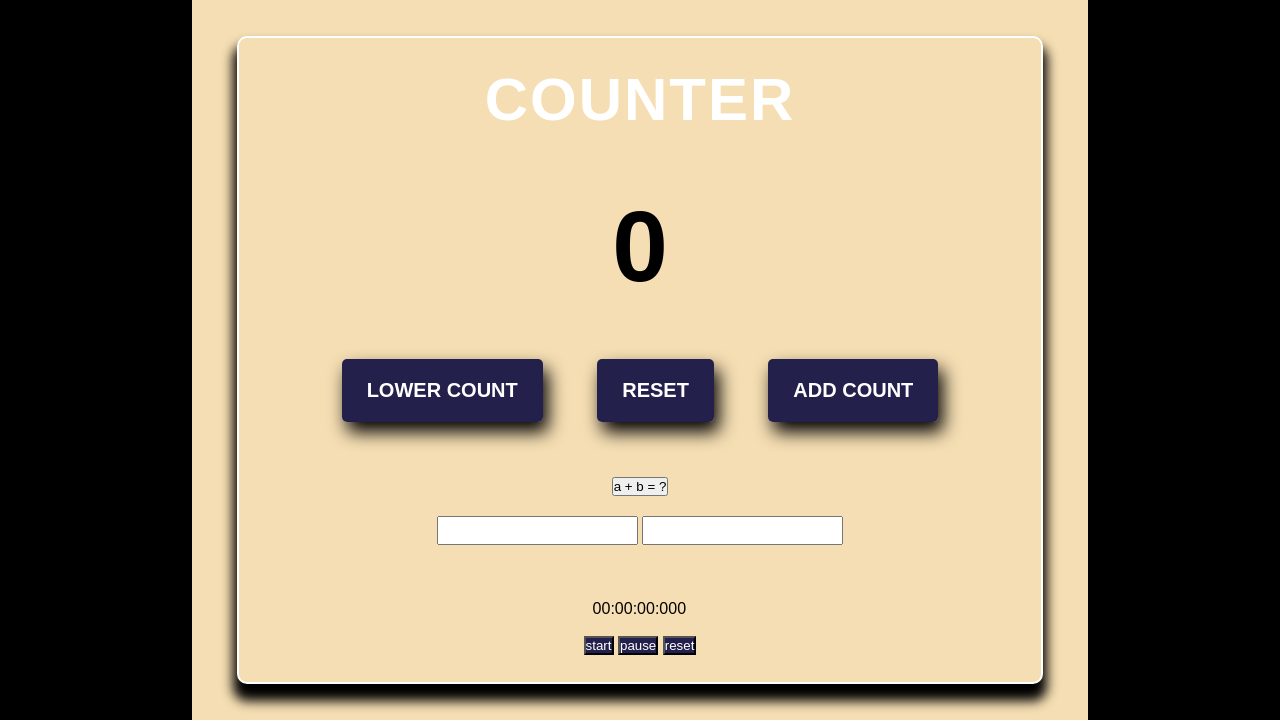
Repository: Seryozha02/Calculator
Page: calculator.html
An editor plug-in stored every save of this project. The page is shown before and after the next save, followed by the edit.
The browser window is 1280 px wide. The pictures show the whole page.

Above is the page before, as saved 2022-02-15 13:19:44.

After the next save:
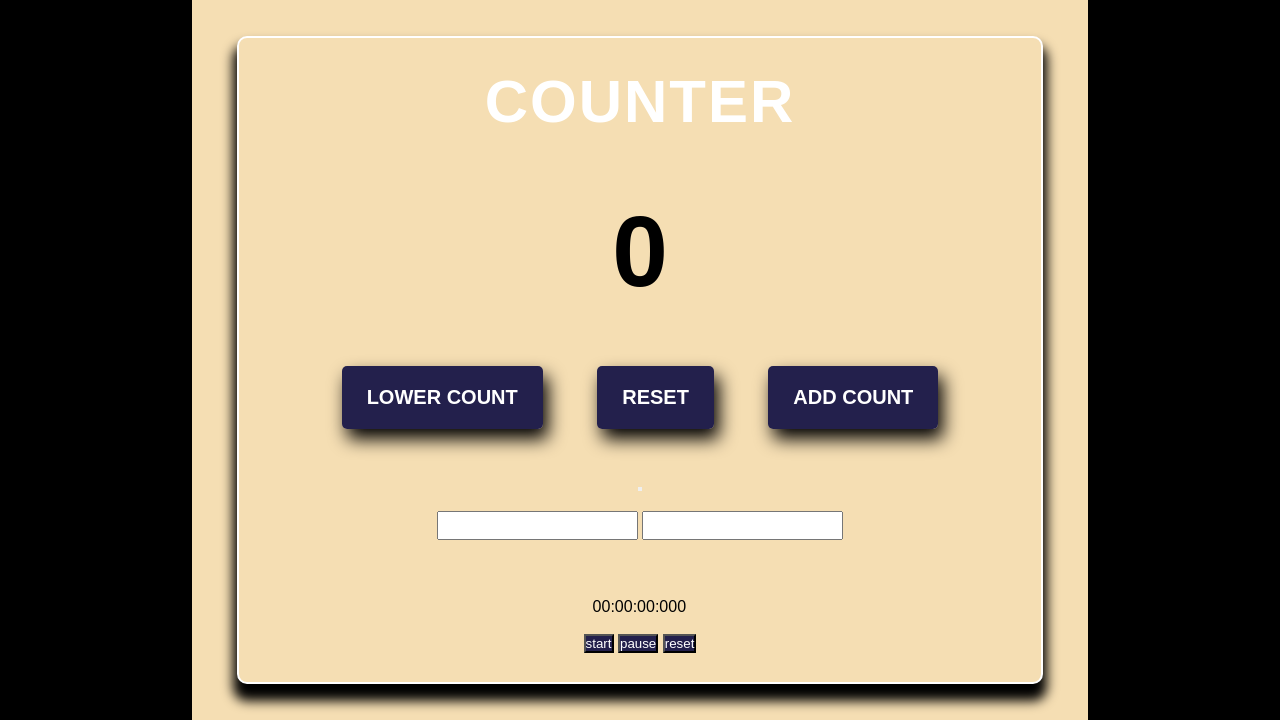
Saved 10 s later.
--- a/calculator.html
+++ b/calculator.html
@@ -23,7 +23,7 @@
                     <button class="rightButton">ADD COUNT</button>
                 </div>
                 <div class="addABParent">
-                    <button class="addAB">a + b = ?</button>
+                    <button class="addAB"></button>
                     <input type="number" id="inputNum1"><span class="plyus"></span>
                     <input type="number" id="inputNum2"><span class="equals"></span>
                     <span id="valueOfSum"></span>

After the 2 saves that followed:
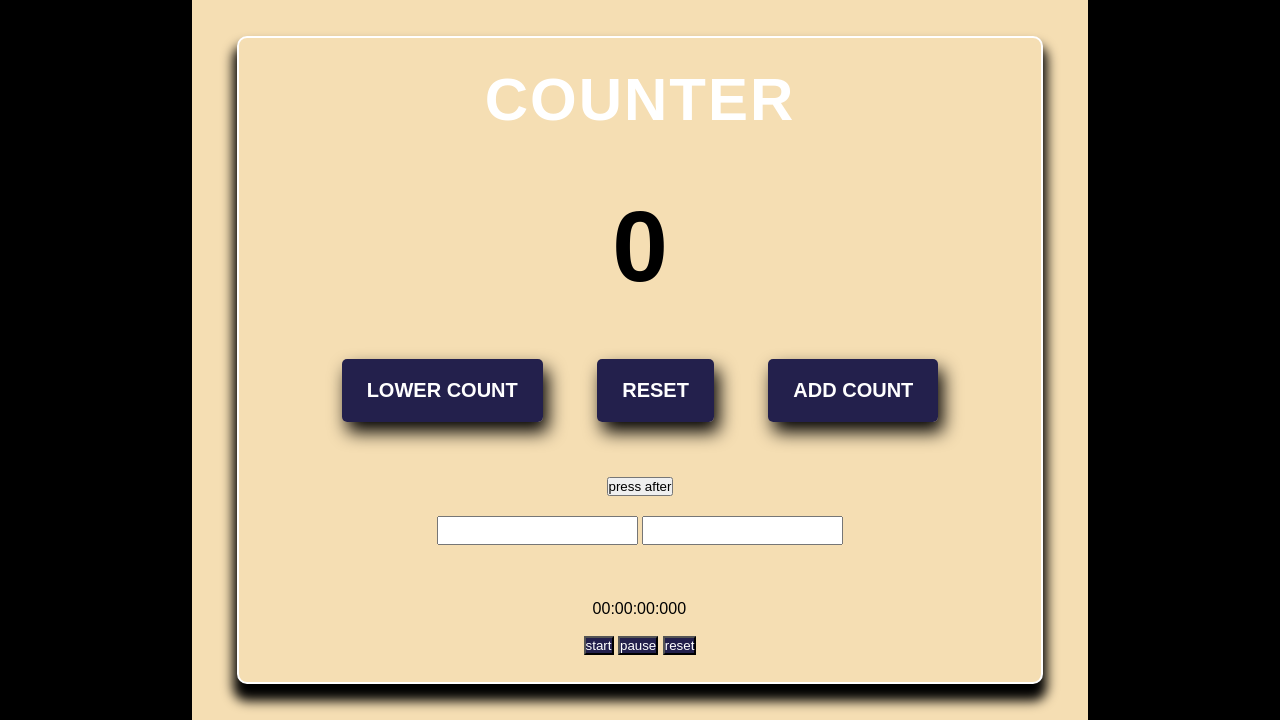
The 2 saves are shown as one change because they came seconds apart.
The last was saved 9 s later.
--- a/calculator.html
+++ b/calculator.html
@@ -23,7 +23,7 @@
                     <button class="rightButton">ADD COUNT</button>
                 </div>
                 <div class="addABParent">
-                    <button class="addAB"></button>
+                    <button class="addAB">press after </button>
                     <input type="number" id="inputNum1"><span class="plyus"></span>
                     <input type="number" id="inputNum2"><span class="equals"></span>
                     <span id="valueOfSum"></span>
